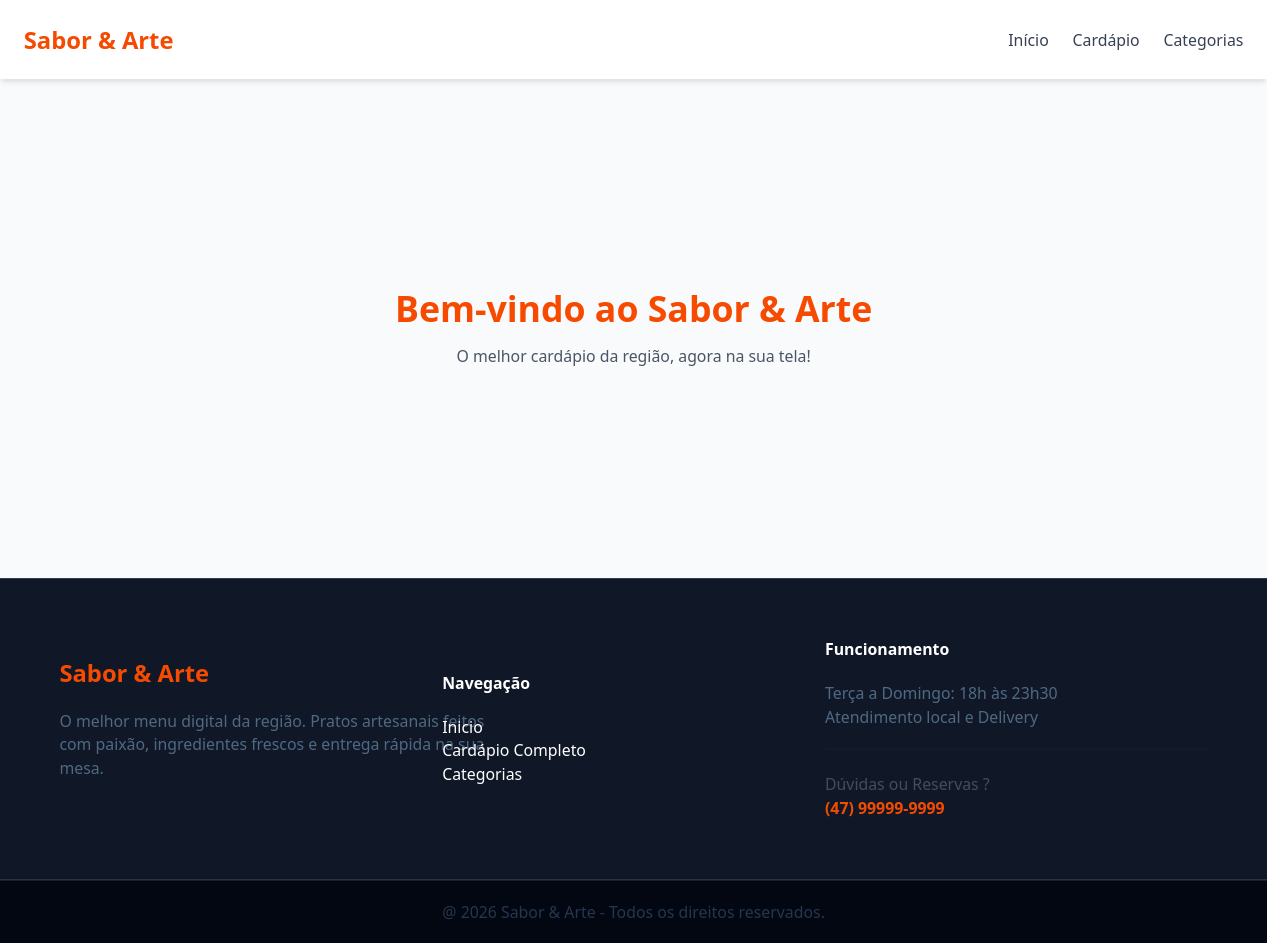
Repository: DiegoWWeege/pair-programming-next-js
Page: / (app in next-js-project/)
An editor plug-in stored every save of this project. The page is shown before and after the next save, followed by the edit.
The browser window is 1280 px wide. The pictures show the whole page, at 99% of full size.
The project was rebuilt for these pictures with package versions that can differ from the ones it lists, and the page was loaded fresh each time. The framework's server and built-in components were replaced by stand-ins that run in the browser. Also part of the build but not shown: next-js-project/next.config.ts.

Above is the page before, as saved 2026-09-18 19:05:02.

### next-js-project/src/app/layout.tsx
import type { Metadata } from "next";
import "./globals.css";
import {Inter, Montserrat} from "next/font/google"
import NavBar from "@/components/NavBar";
import Footer from "@/components/Footer";

const inter = Inter({subsets: ["latin"], variable : "--font-inter"});

const montserrat = Montserrat({ subsets: ["latin"], variable: "--font-montserrat"})

export const metadata: Metadata = {
  title: "Menu Digital - Restaurante",
  description: "Desenvolvido por Diego e Cherpinski",
};

export default function RootLayout({ children }: LayoutProps<"/">) {
  return (
    <html
      lang="pt-br"
    >
      <body className="bg-gray-50 antialiased">
        <NavBar></NavBar>
        {children}
        <Footer/>

      </body>
    </html>
  );
}

### next-js-project/src/app/page.tsx
import Image from "next/image";
import Footer from "../components/Footer";
import NavBar from "@/components/NavBar";

export default function Home() {
  return (
    <div>
      <main className="flex flex-col items-center justify-center min-h-[70vh]">
        <h1 className="text-4xl font-bold text-orange-600 ">Bem-vindo ao Sabor & Arte</h1>
        <p className="mt-4 text-gray-600">O melhor cardápio da região, agora na sua tela!</p>
      </main>
    </div>
  );
}

### next-js-project/src/components/NavBar.tsx
import Link from "next/link";


export default function NavBar(){

    return (
        <nav className="flex items-center justify-between p-6 bg-white shadow-md">
            <h2 className="text-2xl font-bold text-orange-600">Sabor & Arte</h2>

            <div className="flex gap-6">
                <Link href= "/" className="text-gray-700 hover:text-orange-600 font-medium">Início</Link>

                <Link href= "/cardapio" className="text-gray-700 hover:text-orange-600 font-medium">Cardápio</Link>

                <Link href= "/categorias" className="text-gray-700 hover:text-orange-600 font-medium">Categorias</Link>
            </div>

        </nav>
    );
}

### next-js-project/src/components/Footer.tsx
import Link from "next/link"

export default function Footer(){

    return(

        <footer>
           <div className="grid grid-cols-3 items-center justifi bg-[#101828] p-15">
                <div>
                    <h2 className="font-bold text-orange-600 text-2xl mb-5 ">
                        Sabor & Arte
                    </h2>

                    <p className="w-110 mb-5 w-60 text-[#506982]">
                        O melhor menu digital da região. Pratos artesanais feitos com
                        paixão, ingredientes frescos e entrega rápida na sua mesa.
                    </p>
                </div>

                <div>
                    <h3 className = "text-white font-bold mb-5">
                        Navegação
                    </h3>

                    <Link className = "block text-white" href="/">Inicio</Link>
                    <Link className = "block text-white" href="/cardapio">Cardápio Completo</Link>
                    <Link className = "block text-white" href="/categorias">Categorias</Link>
                </div>

                <div>
                    <h3 className="text-white font-bold mb-5">
                        Funcionamento
                    </h3>

                    <p className="mb-5 w-60 text-[#506982]">
                        Terça a Domingo: 18h às 23h30
                        Atendimento local e Delivery
                    </p>

                    <hr className="border-[#151E2E] h-1"/>

                    <p className="mt-5 text-[#444E56]">
                        Dúvidas ou Reservas ?
                    </p>

                    <strong className="text-orange-600">
                        (47) 99999-9999
                    </strong>
                </div>

           </div>

            <hr className="border-[#151E2E] "/>

           <div className = "flex items-center justify-center p-5 bg-[#030712]">
                    <p className="text-[#25374E]">
                        @ 2026 Sabor & Arte - Todos os direitos reservados.
                    </p>
            </div>
        </footer>
    )

}

Loaded but not shown: next-js-project/src/app/globals.css (common file)

After the next save:
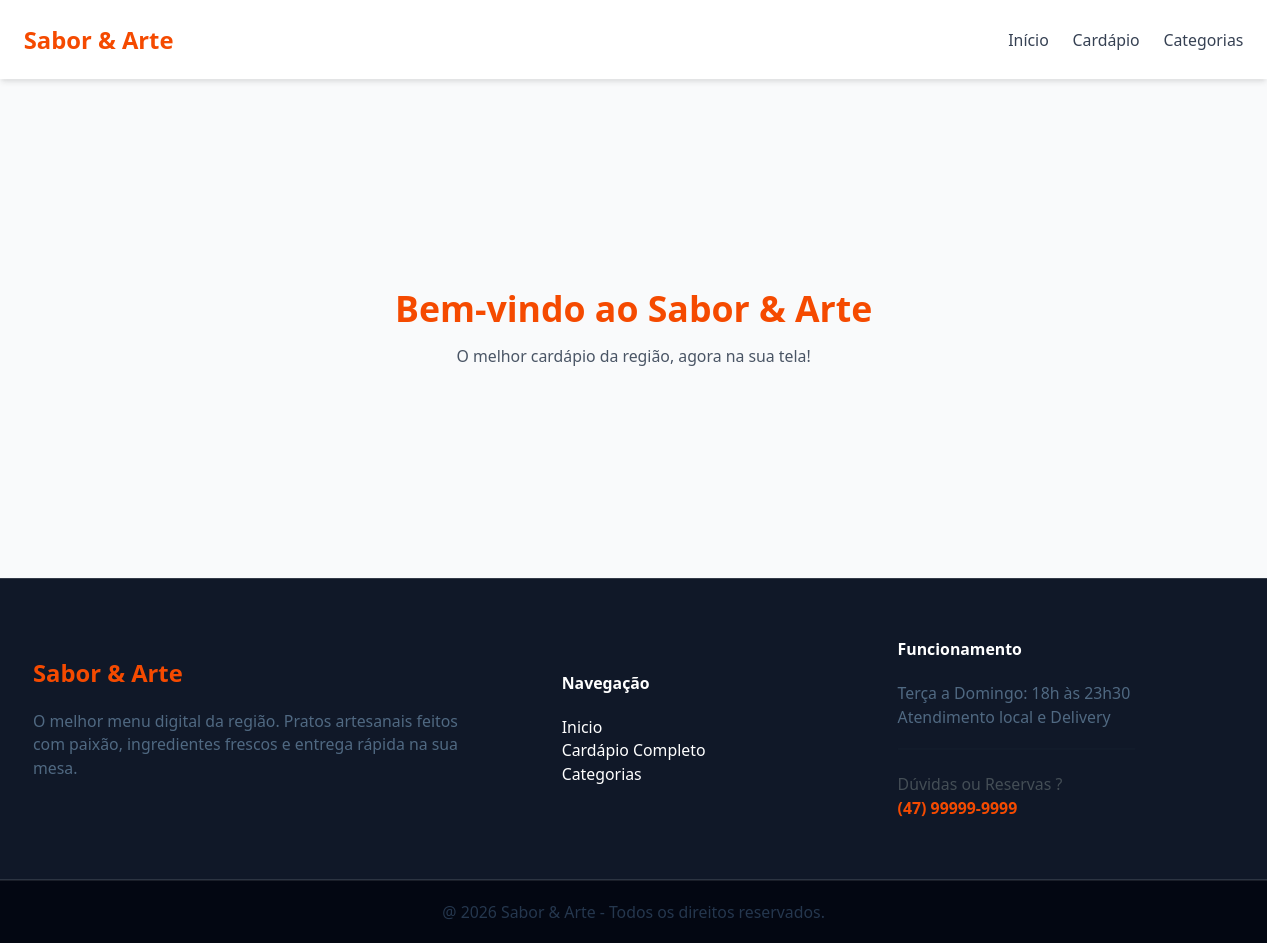
Saved 5 s later.
--- a/next-js-project/src/components/Footer.tsx
+++ b/next-js-project/src/components/Footer.tsx
@@ -5,7 +5,7 @@ export default function Footer(){
     return(
 
         <footer>
-           <div className="grid grid-cols-3 items-center justifi bg-[#101828] p-15">
+           <div className="grid grid-cols-3 items-center justify-items-center bg-[#101828] p-15">
                 <div>
                     <h2 className="font-bold text-orange-600 text-2xl mb-5 ">
                         Sabor & Arte
